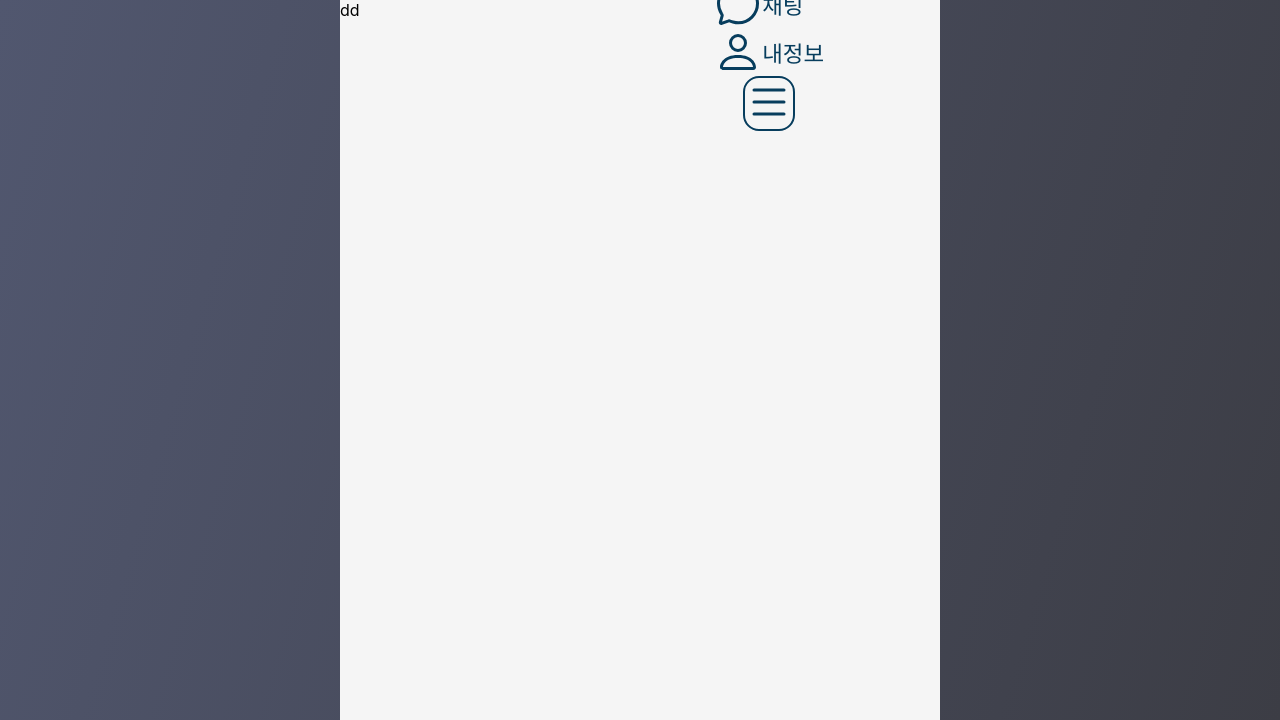
Repository: SeungYn/hanium
Page: /
These files come from the project's save history. The page is drawn as it stood at one moment and after the next save; the edit follows.
The browser window is 1280 px wide. The pictures show the whole page.
The project was rebuilt for these pictures with package versions that can differ from the ones it lists, and the page was loaded fresh each time. Also part of the build but not shown: src/App.css, src/components/ReadPopup/ReadPopup.module.css, src/components/ReadPopup/ReadPopup.jsx, src/pages/login/Login.jsx.

Above is the page before, as saved 2022-10-27 14:00:57.

After the next save:
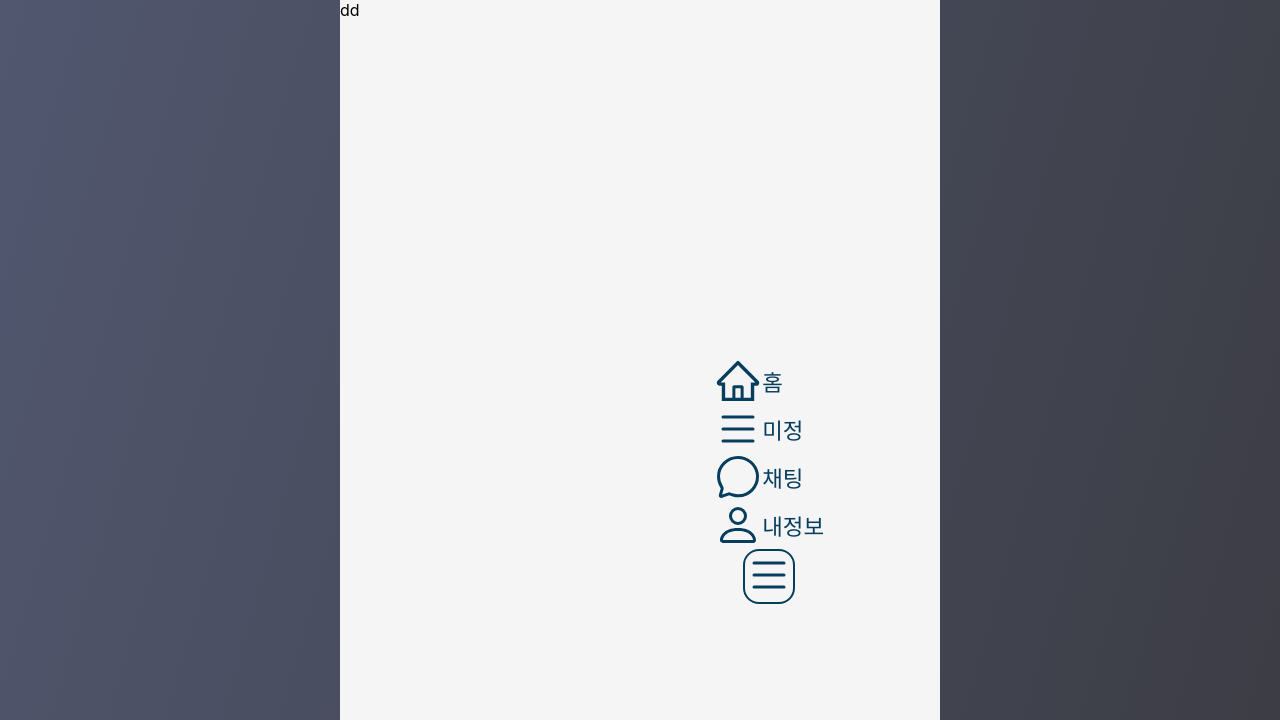
Saved 9 s later.
--- a/src/components/Navbar/Navbar.module.css
+++ b/src/components/Navbar/Navbar.module.css
@@ -6,6 +6,7 @@
   text-align: center;
   display: flex;
   flex-direction: column;
+  justify-content: end;
   margin: 100px;
   align-items: center;
   height: 100%;
